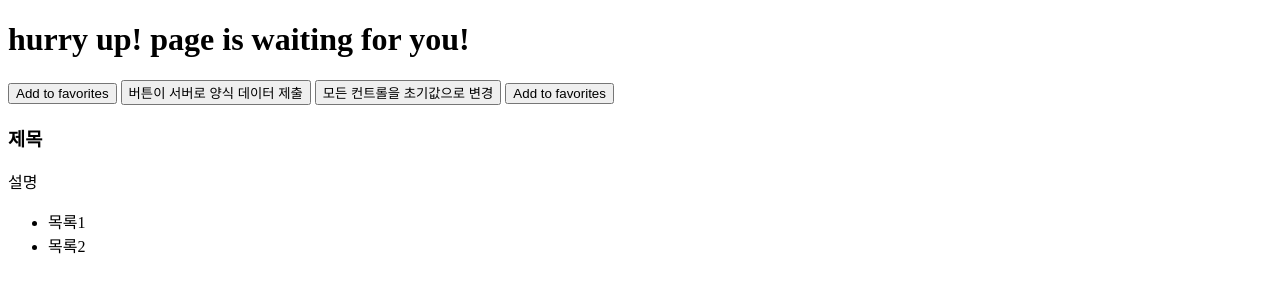
Repository: PareutPareut/frontend
Page: markDowns/htmlCssStudy/htmlStudy.html
An editor plug-in stored every save of this project. The page is shown before and after the next save, followed by the edit.
The browser window is 1280 px wide. The pictures show the whole page.

Above is the page before, as saved 2023-11-27 03:38:24.

### markDowns/htmlCssStudy/htmlStudy.html
<!doctype html>
<html lang="ko">
  <head>

    <meta charset="utf-8" />
    <title>My firtst log-in page</title>

  </head>
  <body>

    <h1>hurry up! page is waiting for you!</h1>
    <button type="button">Add to favorites</button>
    <button type="submit">버튼이 서버로 양식 데이터 제출</button>
    <button type="reset"> 모든 컨트롤을 초기값으로 변경 </button>
    <button type="button">Add to favorites</button>

    <div id="구분용 div name">
        <h3>제목</h3>
        <p>설명</p>
        <ul>
            <li>목록1</li>
            <li>목록2</li>
        </ul>
    </div>

  </body>
</html>

After the next save:
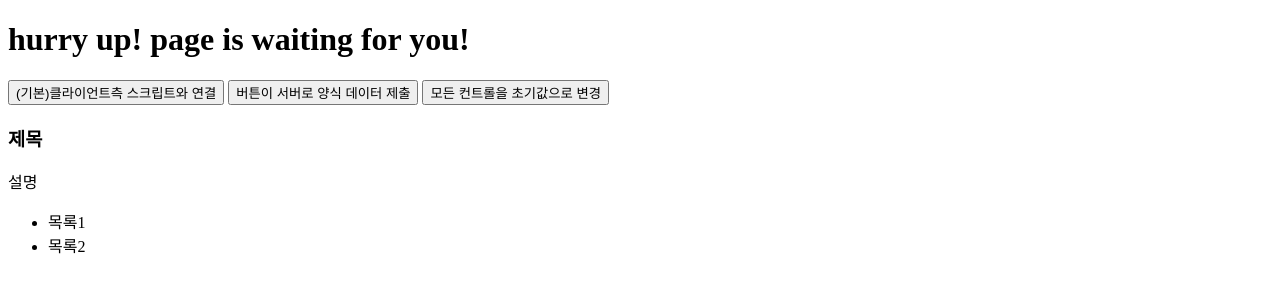
Saved 21 s later.
--- a/markDowns/htmlCssStudy/htmlStudy.html
+++ b/markDowns/htmlCssStudy/htmlStudy.html
@@ -9,10 +9,9 @@
   <body>
 
     <h1>hurry up! page is waiting for you!</h1>
-    <button type="button">Add to favorites</button>
+    <button type="button">(기본)클라이언트측 스크립트와 연결</button>
     <button type="submit">버튼이 서버로 양식 데이터 제출</button>
     <button type="reset"> 모든 컨트롤을 초기값으로 변경 </button>
-    <button type="button">Add to favorites</button>
 
     <div id="구분용 div name">
         <h3>제목</h3>
